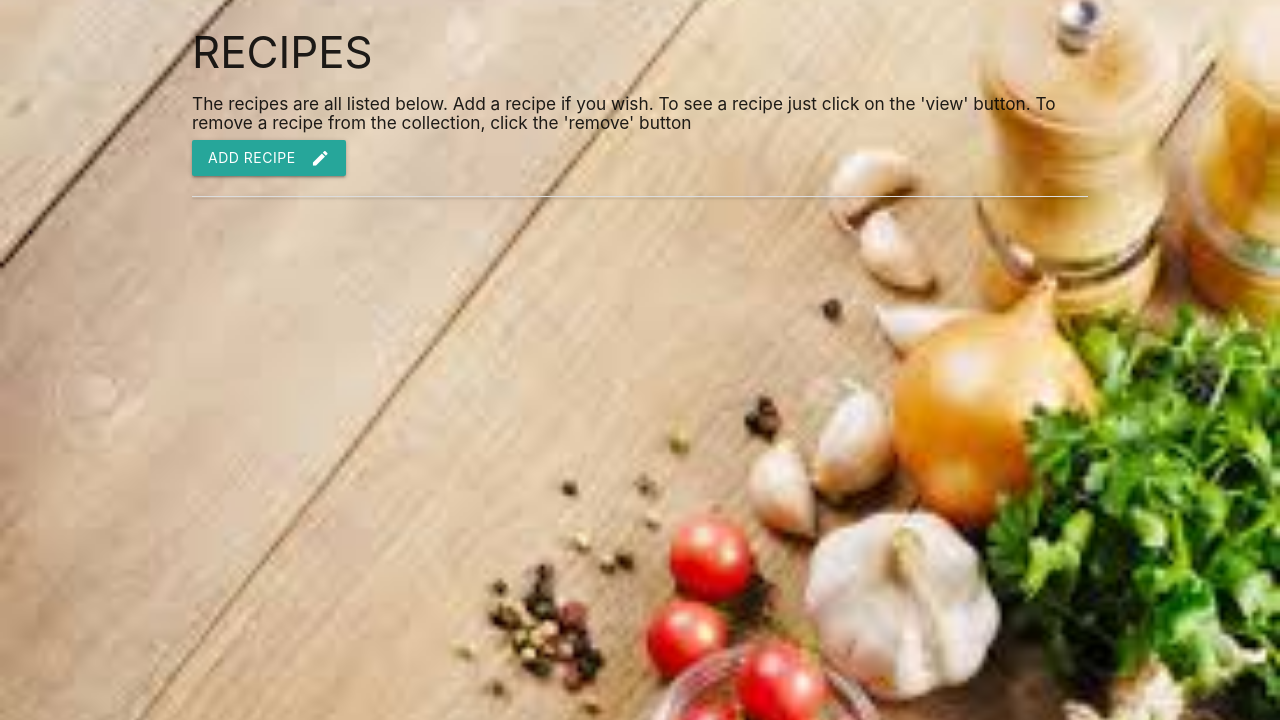
Repository: atena123/COOK-BOOK
Page: http://localhost/
The author's editor kept a record of every edit. The page is drawn from the files as they stood at one moment, then again after the next edit.
The browser window is 1280 px wide. The pictures show the whole page.
Some web libraries are served in a nearby version. The page is served by the project's application, run on Flask 3 (app.py). Queries for data that is not in the repository find no rows.

Above is the page before.

### templates/recipes.html
{% extends 'base.html' %}

    {% block content %}

    <h3>RECIPES</h3>

    <h6>The recipes are all listed below. Add a recipe if you wish. To see a recipe just click on the 'view' button. To remove
    a recipe from the collection, click the 'remove' button</h6>


    <div class="row">
    <a href="{{url_for('add_recipe')}}" class="waves-effect waves-light btn"><i class="material-icons right">edit</i>ADD RECIPE</a>
    </div>

    <ul class="collapsible" data-collapsible="accordion">
      {% for recipe in recipes %}
    <li>
      <div class="collapsible-header">
        <div class="col s9">
          <strong>{{recipe.recipe_name}}</strong> - {{recipe.category_name}}
        </div>
        <div class="home_buttons col s3">
           <a href="{{url_for('view_recipe', recipe_id=recipe._id)}}" class="waves-effect waves-light btn button blue">VIEW</a>
           <a href="" class="waves-effect waves-light btn button red">REMOVE</a>
        </div>
      </div>
    </li>
      {% endfor %}
    </ul>

    {% endblock %}

### templates/base.html



<!DOCTYPE html>
<html>
    <head>
        <script src="https://cdnjs.cloudflare.com/ajax/libs/materialize/1.0.0/js/materialize.min.js"></script>
        <link href="https://fonts.googleapis.com/icon?family=Material+Icons" rel="stylesheet">
        <link rel="stylesheet" href="https://cdnjs.cloudflare.com/ajax/libs/materialize/1.0.0/css/materialize.min.css">
        <link rel="stylesheet" href="{{url_for('static', filename='css/style.css')}}" type="text/css" />
        <link rel="stylesheet" href="{{url_for('static', filename='images/online_book.jpg')}}" type="text/css" />

    </head>
    <body>

        <div class="container">
        {% block content %}
        {% endblock %}
        </div>

        <script src="https://cdnjs.cloudflare.com/ajax/libs/jquery/3.2.1/jquery.min.js"></script>
        <script src="https://cdnjs.cloudflare.com/ajax/libs/materialize/1.0.0/js/materialize.min.js"></script>
        <script type="text/javascript">
        $(document).ready(function(){
        $('.collapsible').collapsible();
        $('select').formSelect();
        });
        </script>

    </body>
</html>

### app.py
import os
from flask import Flask, render_template, redirect, request, url_for
from flask_pymongo import PyMongo
from bson.objectid import ObjectId

app = Flask(__name__)

app.config["MONGO_DBNAME"] ='cook_book'
app.config["MONGO_URI"] = 'mongodb+srv://AnetA:AnetA2@myfirstcluster-sfmlq.mongodb.net/cook_book?retryWrites=true&w=majority'

mongo = PyMongo(app)


#---------------------------Home Page-------------------

@app.route('/')
@app.route('/get_recipes')
def get_recipes():
  return render_template("recipes.html", recipes=mongo.db.recipes.find())

#---------------Add recipes from the 'Add New Recipe Page'-----------

@app.route('/add_recipe')
def add_recipe():
  return render_template('addrecipe.html', categories=mongo.db.categories.find())

@app.route('/insert_recipe', methods=['POST'])
def insert_recipe():
  recipes=mongo.db.recipes
  recipes.insert_one(request.form.to_dict())
  return redirect(url_for('get_recipes'))




if __name__ == '__main__':
  app.run(host=os.environ.get('IP'),
  port=int(os.environ.get('PORT')),
  debug=True)

### static/css/style.css


body {
    background: url("../images/online_book.jpg");
    background-position: center;
    background-repeat: no-repeat;
    background-size: cover;
    background-attachment: fixed;
}

/*-------------------------Home Page--------------------*/

.button {
    height: 24px;
            width: 80px;
            line-height: 24px;
            margin: 6px 6px;
            padding: 0 0.5em;

}

.home_buttons {
    padding-left: 550px;
}



/*-------------------------Add Recipe Page---------------*/

.add_recipe_button {
    text-align: center;
}

After the next edit:
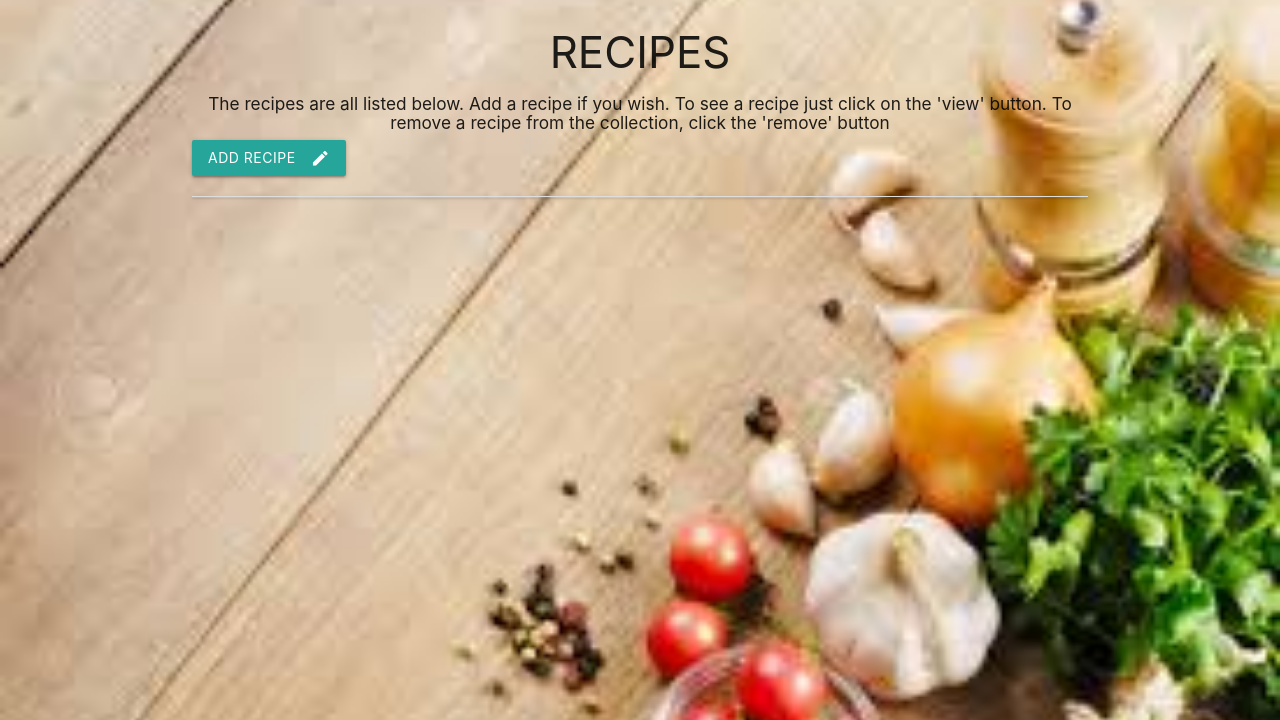
The edit:
--- a/static/css/style.css
+++ b/static/css/style.css
@@ -23,6 +23,9 @@
     padding-left: 550px;
 }
 
+h3, h6 {
+    text-align: center;
+}
 
 
 /*-------------------------Add Recipe Page---------------*/

After the edit that followed:
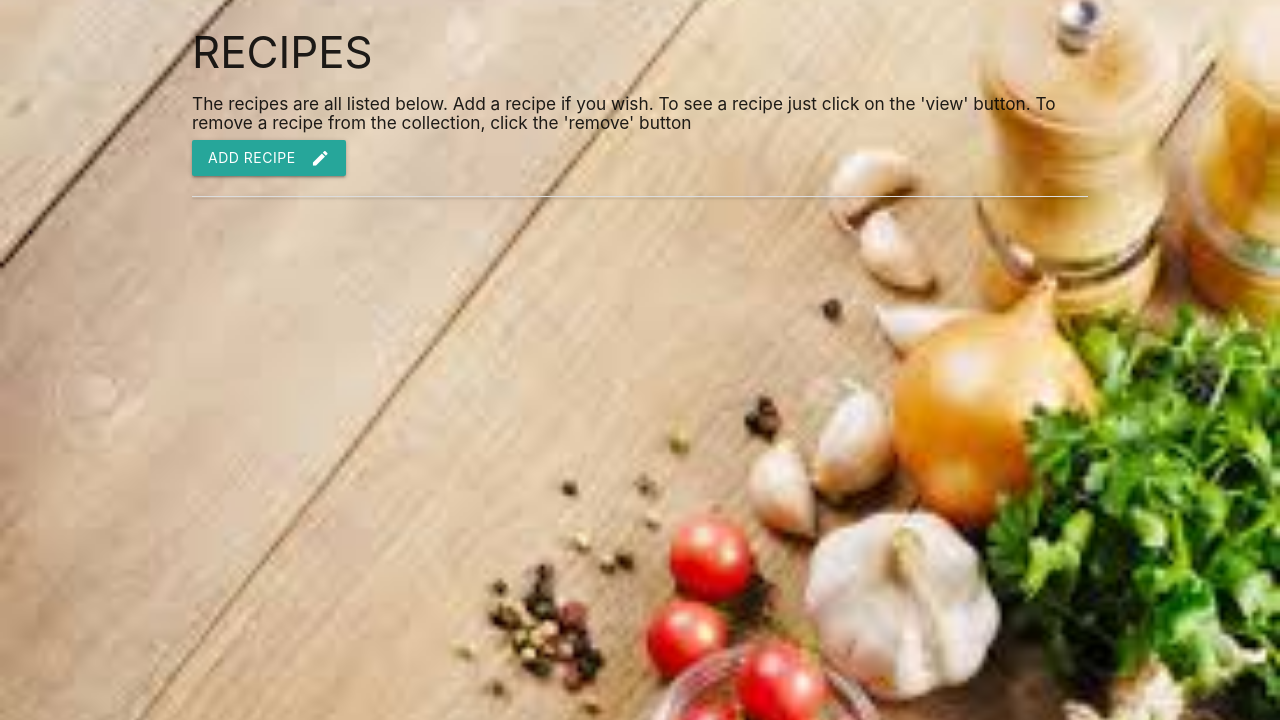
The edit:
--- a/static/css/style.css
+++ b/static/css/style.css
@@ -19,9 +19,12 @@
 
 }
 
+.add_button {
+
 .home_buttons {
     padding-left: 550px;
 }
+
 
 h3, h6 {
     text-align: center;
